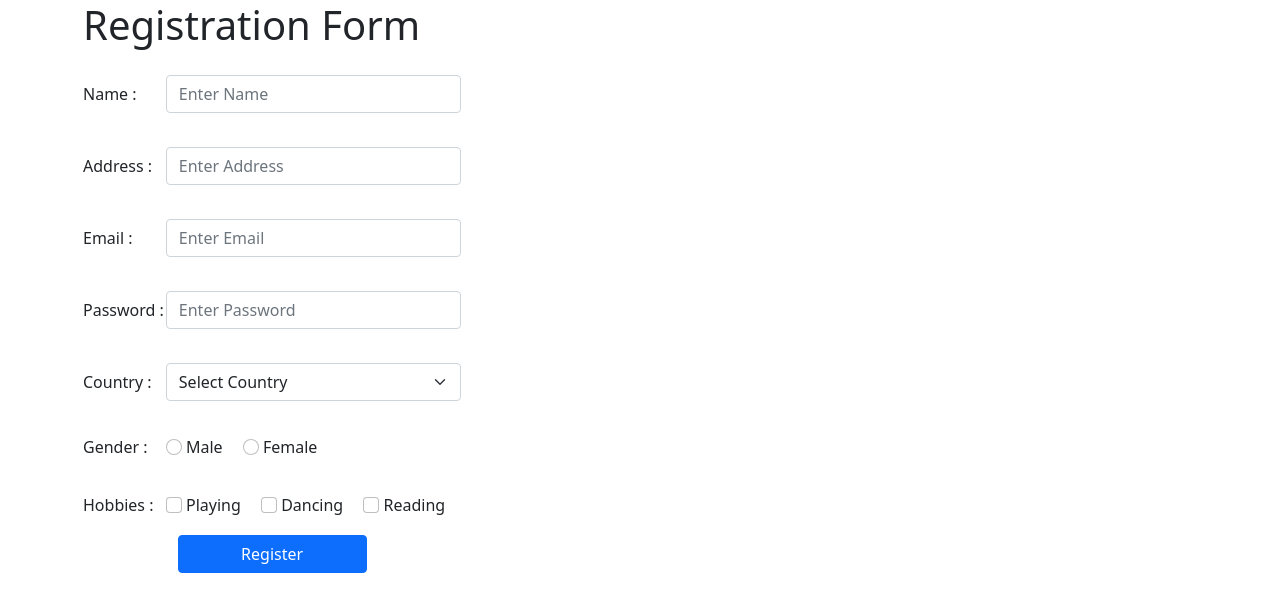
Repository: testuser85495/Java-Practical
Page: http://localhost/First_demo/
An editor plug-in stored every save of this project. The page is shown before and after the next save, followed by the edit.
The browser window is 1280 px wide. The pictures show the whole page.
The page is served by Tomcat 9. Other server files are loaded and not shown.

Above is the page before, as saved 2024-07-23 13:47:45.

### First_demo/src/main/webapp/index.jsp
<%@ page language="java" contentType="text/html; charset=UTF-8"
	pageEncoding="UTF-8"%>
<!DOCTYPE html>
<html>
<head>
<!-- Required meta tags -->
<meta charset="utf-8">
<meta name="viewport" content="width=device-width, initial-scale=1">

<!-- Bootstrap CSS -->
<link
	href="https://cdn.jsdelivr.net/npm/bootstrap@5.0.2/dist/css/bootstrap.min.css"
	rel="stylesheet"
	integrity="sha384-EVSTQN3/azprG1Anm3QDgpJLIm9Nao0Yz1ztcQTwFspd3yD65VohhpuuCOmLASjC"
	crossorigin="anonymous">

<title>Edit</title>
</head>


<body>
	<div class="container">
		<%-- <h3 class="scriptlet">
			<%
			String msg = (String) request.getAttribute("msg");
			if (msg != null) {
				out.print(msg);
			}
			%>
		</h3> --%>

		<form action="UserController" method="post">
			<table cellspacing="15" class="tbl_reg">
				<tr>
					<td colspan="2">
						<h1>Registration Form</h1>
					</td>
				</tr>
				<tr>
					<td><label>Name : </label></td>
					<td><input type="text" name="name" placeholder="Enter Name"
						class="form-control my-3" required="required"></td>
				</tr>

				<tr>
					<td><label>Address : </label></td>
					<td><input type="text" name="address"
						placeholder="Enter Address" required="required"
						class="form-control my-3"></td>
				</tr>


				<tr>
					<td><label>Email : </label></td>
					<td><input type="email" name="email" placeholder="Enter Email"
						required="required" class="form-control my-3"></td>
				</tr>
				<tr>
					<td><label>Password : </label></td>
					<td><input type="password" name="password"
						placeholder="Enter Password" required="required"
						class="form-control my-3"></td>
				</tr>

				<tr>
					<td><label>Country : </label></td>
					<td><select name="country" id="Country"
						class="form-select my-3">
							<option selected>Select Country</option>
							<option value="India">India</option>
							<option value="USA">USA</option>
							<option value="Canada">Canada</option>
							<option value="UK">UK</option>
					</select></td>
				</tr>

				<tr>
					<td><label>Gender : </label></td>
					<td><label class="form-check-inline my-3"> <input
							type="radio" name="gender" value="male" class="form-check-input">
							Male
					</label> <label class="form-check-inline"> <input type="radio"
							name="gender" value="female" class="form-check-input">
							Female
					</label></td>
				</tr>


				<tr>
					<td><label>Hobbies : </label></td>
					<td><label class="form-check-inline my-3"> <input
							type="checkbox" name="hobbie" value="playing"
							class="form-check-input"> Playing
					</label> <label class="form-check-inline my-3"> <input type="checkbox"
							name="hobbie" value="Dancing" class="form-check-input">
							Dancing
					</label> <label class="form-check-inline my-3"> <input type="checkbox"
							name="hobbie" value="Reading" class="form-check-input">
							Reading
					</label></td>
				</tr>
				<tr>
					<td colspan="2"><input type="Submit" name="action"
						value="Register" class="d-grid gap-2 col-6 mx-auto btn btn-primary reg_submit"
						id="reg_submit" /></td>
				</tr>
			</table>
			<!-- <h4><a href="home.jsp">List</a></h4> -->
		</form>
	</div>
</body>
</html>

After the next save:
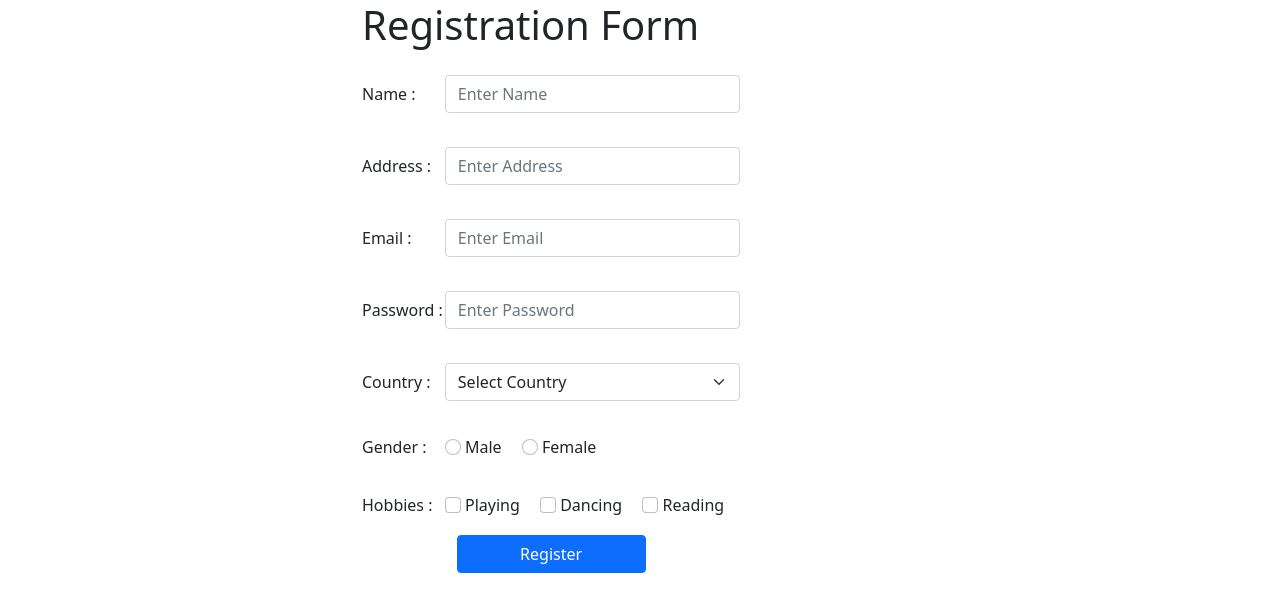
Saved 28 s later.
--- a/First_demo/src/main/webapp/index.jsp
+++ b/First_demo/src/main/webapp/index.jsp
@@ -30,7 +30,7 @@
 		</h3> --%>
 
 		<form action="UserController" method="post">
-			<table cellspacing="15" class="tbl_reg">
+			<table cellspacing="15" class="tbl_reg d-grid gap-2 col-6 mx-auto">
 				<tr>
 					<td colspan="2">
 						<h1>Registration Form</h1>
